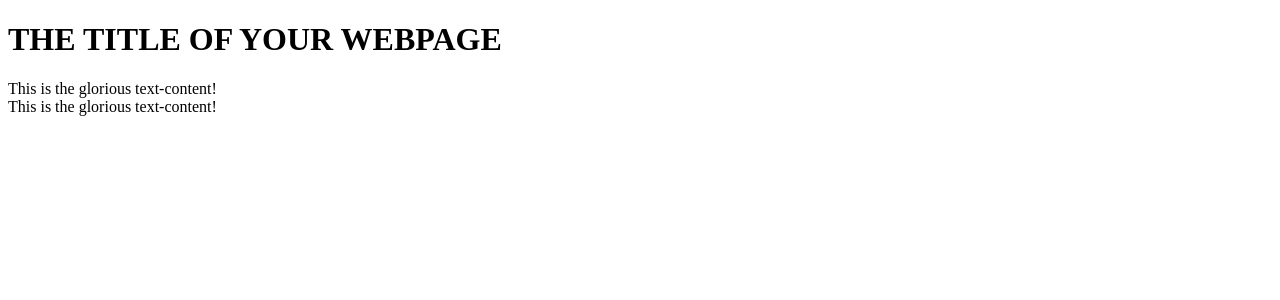
Repository: jnguyen113/DOM-Manipulation
Page: index.html
The author's editor kept a copy of each file at every save. The page is drawn from the files as they stood at one save, then again after a run of saves.
The browser window is 1280 px wide. The pictures show the whole page.

Above is the page before, as saved 2020-06-11 18:09:39.

After the next 2 saves:
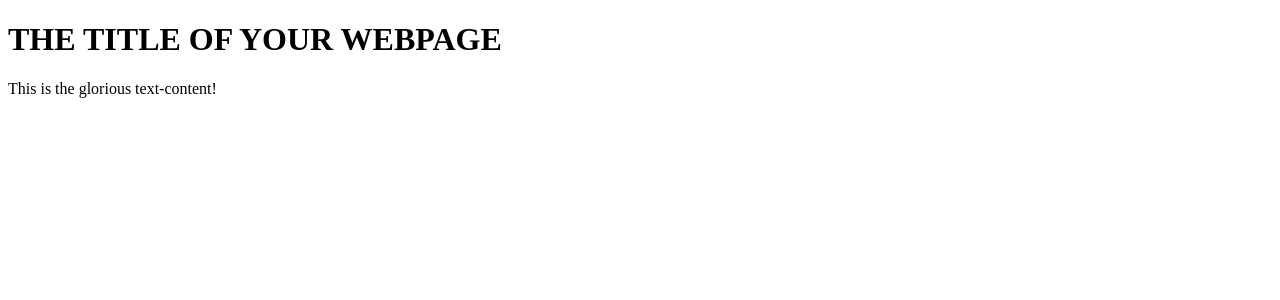
The 2 saves are shown as one change because they came seconds apart.
The last was saved 11 s later.
--- a/index.html
+++ b/index.html
@@ -5,9 +5,9 @@
             THE TITLE OF YOUR WEBPAGE
         </h1>
         <div id="container">
-            <div class="content">
+            <!--<div class="content">
                 This is the glorious text-content!
-            </div>
+            </div> -->
         </div>
     </body>
     <script src="main.js"></script>
